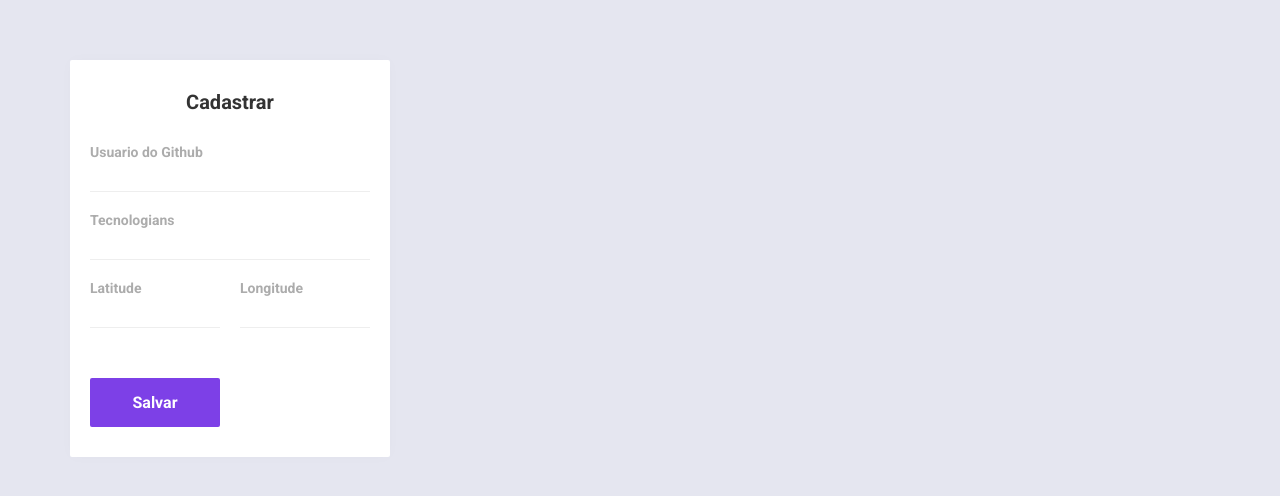
Repository: vadyvarela/semanaOmnistack10
Page: / (app in frontend/)
An editor plug-in stored every save of this project. The page is shown before and after the next save, followed by the edit.
The browser window is 1280 px wide. The pictures show the whole page.
The project was rebuilt for these pictures with package versions that can differ from the ones it lists, and the page was loaded fresh each time.

Above is the page before, as saved 2020-01-15 22:13:01.

### frontend/src/App.js
import React from 'react';
import './global.css';
import './App.css';
import './Sidebar.css';

function App() {
  return (
    <div id="app">
      <aside>
        <strong>Cadastrar</strong>
        <form>
          <div className="input_block">
            <label htmlFor="github_username">Usuario do Github</label>
            <input type="text" name="github_username" id="github_username" required />
          </div>

          <div className="input_block">
            <label htmlFor="techs">Tecnologians</label>
            <input type="text" name="techs" id="techs" required />
          </div>

          <div className="input_group">
            <div className="input_block">
              <label htmlFor="latitude">Latitude</label>
              <input type="text" name="latitude" id="latitude" required />
            </div>
            <div className="input_block">
              <label htmlFor="longitude">Longitude</label>
              <input type="text" name="longitude" id="longitude" required />
            </div>

            <button type="submit"> Salvar </button>

          </div>
        </form>
      </aside>
      <main>

      </main>
    </div>
  );
}

export default App;

### frontend/src/global.css
@import url('https://fonts.googleapis.com/css?family=Roboto:400,700&display=swap');
*{
    margin: 0;
    padding: 0;
    outline: 0;
    box-sizing: border-box;
}

html, body #root {
    height: 100%;
}

body {
    background: #e5e6f0;
    -webkit-font-smoothing: antialiased;
}

body, input, button {
    font-family: Roboto, sans-serif;
}

### frontend/src/App.css
#app {
    max-width: 1200px;
    margin: 0 auto;
    padding: 60px 30px;

    display: flex;
    flex-direction: row;
    align-items: flex-start;
}

### frontend/src/Sidebar.css
aside {
    width: 320px;
    background: #fff;
    box-shadow: 0 0 14px 0 rgba(0,0,0,0.02);
    border-radius: 2px;
    padding: 30px 20px;
}

aside strong {
    font-size: 20px;
    text-align: center;
    display: block;
    color: #333;
}

aside form {
    margin-top: 30px;
}

aside form .input_block + .input_block {
    margin-top: 20px;
}

aside form .input_group {
    margin-top: 20px;
    display: grid;
    gap: 20px;
    grid-template-columns: 1fr 1fr;
}

aside form .input_group .input_block {
    margin-top: 0;
}

aside form .input_block label {
    color: #ACACAC;
    font-size: 14px;
    font-weight: bold;
    display: block;
}
aside form .input_block input {
    width: 100%;
    height: 32px;
    font-size: 14px;
    color: #666;
    border: 0;
    border-bottom: 1px solid #eee;
}

aside form button[type="submit"] {
    width: 100%;
    border: 0;
    margin-top: 30px;
    background-color: #7d40e7;
    border-radius: 2px;
    padding: 15px 20px;
    font-size: 16px;
    font-weight: bold;
    color: #fff;
    cursor: pointer;
    transition: background 0.5s;
}

aside form button[type="submit"]:hover {
    background: #6931ca;
}

Loaded but not shown: frontend/public/index.html (common file); frontend/src/index.js (common file)

After the next save:
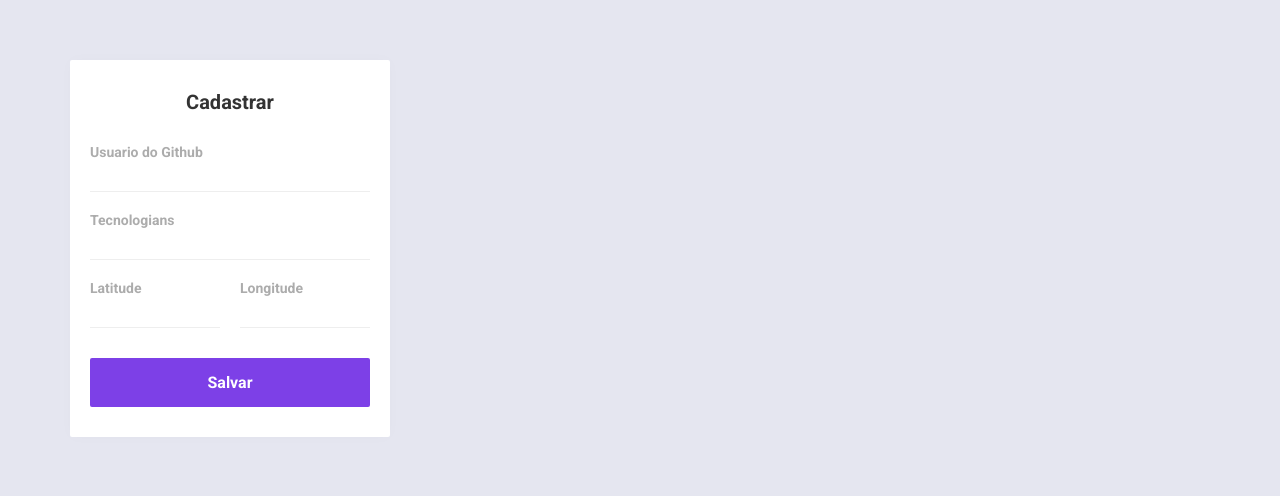
Saved 30 s later.
--- a/frontend/src/App.js
+++ b/frontend/src/App.js
@@ -28,10 +28,8 @@ function App() {
               <label htmlFor="longitude">Longitude</label>
               <input type="text" name="longitude" id="longitude" required />
             </div>
-
-            <button type="submit"> Salvar </button>
-
           </div>
+          <button type="submit"> Salvar </button>
         </form>
       </aside>
       <main>
